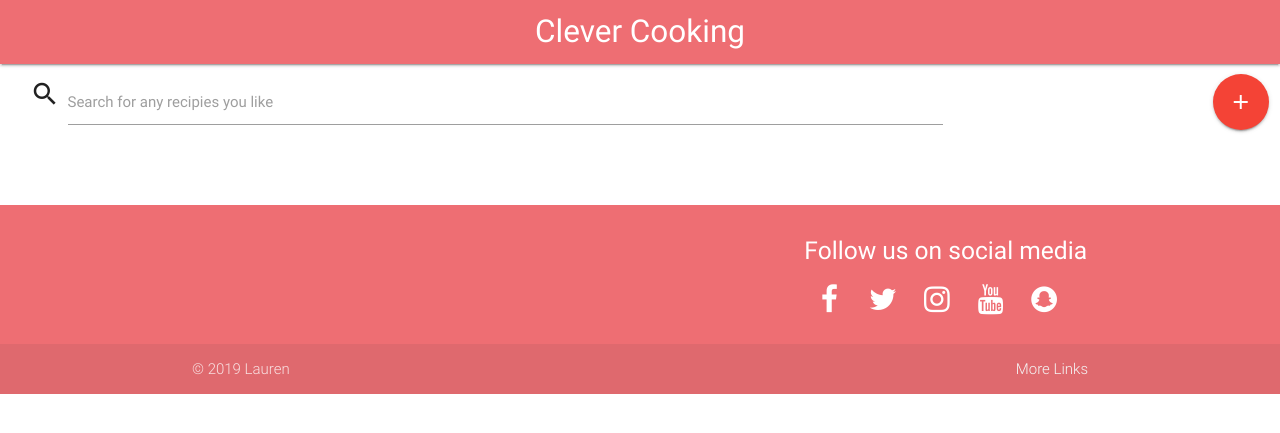
Repository: Code-Institute-Submissions/online-recipe-cookbook
Page: http://localhost/
The author's editor kept a record of every edit. The page is drawn from the files as they stood at one moment, then again after the next edit.
The browser window is 1280 px wide. The pictures show the whole page.
Some web libraries are served in a nearby version. The page is served by the project's application, run on Flask 3 (app.py). Queries for data that is not in the repository find no rows.

Above is the page before.

### templates/home.html
{% extends 'base.html' %}
{% block content %}
<!DOCTYPE html>
<html>
    <head>

    </head>
    <body>
        <div class="row">

            <div class="col s12">
              <div class="row">
                <div class="input-field col s9">
                  <i class="center-align material-icons prefix">search</i>
                  <input method="POST" action="{{url_for('get_recipe_names')}}" type="text" id="autocomplete-input" class="autocomplete">
                  <label for="autocomplete-input">Search for any recipies you like</label>
                </div>
                <a href="{{url_for('add_recipe')}}" class="btn-floating right-align btn-large waves-effect waves-light red" style="float: right; margin-top: 10px"><i class="material-icons">add</i></a>
              </div>
            </div>
         </div>
        <div class="row">
         {% for recipe in recipes %}

             <div class="card col s12 m6 l4 medium">
                <div class="card-image waves-effect waves-block waves-light">
                  <img class="activator" src={{ recipe.image_link}}>
                </div>
                <div class="card-content">
                  <span class="card-title activator grey-text text-darken-4">{{ recipe.recipe_name }}<i class="material-icons right">more_vert</i></span>
                  <p><a href="{{url_for('show_recipe', recipe_id=recipe._id)}}">View full recipe</a></p>
                  <span><i class="material-icons left">favorite</i> <p>{{recipe.likes}}</p></span>
                </div>
                <div class="card-reveal">
                  <span class="card-title grey-text text-darken-4">{{ recipe.recipe_name }}<i class="material-icons right">close</i></span>
                  <p>{{recipe.ingredients}}</p>
                  <span><a href="{{ url_for('edit_recipe', recipe_id=recipe._id)}}"><i class="material-icons right">edit</i></a></span>
                </div>
         </div>

         {% endfor %}

                 </div>
    </body>
</html>
{% endblock %}

### templates/base.html
<!DOCTYPE html>
<html>

<head>
    <link href="https://fonts.googleapis.com/icon?family=Material+Icons" rel="stylesheet">
    <link rel="stylesheet" href="https://cdnjs.cloudflare.com/ajax/libs/materialize/0.100.2/css/materialize.min.css">
    <link rel="stylesheet" href="{{url_for('static', filename='css/style.css')}}" type="text/css"/>
    <link rel="stylesheet" href="https://cdnjs.cloudflare.com/ajax/libs/font-awesome/4.7.0/css/font-awesome.min.css">
</head>

<body>
    <header>
      <nav>
        <div class="nav-wrapper">
          <a href="{{url_for('get_top_recipes')}}" class="brand-logo center">Clever Cooking</a>
        </div>
      </nav>
    </header>
    {% block content %}

    {% endblock %}

    <script src="https://cdnjs.cloudflare.com/ajax/libs/jquery/3.2.1/jquery.min.js"></script>
    <script src="https://cdnjs.cloudflare.com/ajax/libs/materialize/0.100.2/js/materialize.min.js"></script>
    <script type="text/javascript">
    $(document).ready(function(){
    $('.modal').modal();

    function sendItem(val) {
        console.log(val);
    }
    $(function () {
            $('input.autocomplete').autocomplete({
                data: {

                    "Apple": null,
                    "Microsoft": null,
                    "Google": 'http://placehold.it/250x250'
                },
                onAutocomplete: function(txt) {
                  sendItem(txt);
                },
                limit: 20, // The max amount of results that can be shown at once. Default: Infinity.
            });

    });

  });
    </script>

</body>
<footer class="page-footer">
          <div class="container">
            <div class="row">
              <div class="col l6 s12">
                </div>
              <div class="col l4 offset-l2 s12">
                <h5 class="white-text">Follow us on social media</h5>

                  <a href="#"><i class="fa fa-facebook fa-2x"></i></a>
          				<a href="#" ><i class="fa fa-twitter fa-2x"></i></a>
          				<a href="#" ><i class="fa fa-instagram fa-2x"></i></a>
          				<a href="#" ><i class="fa fa-youtube fa-2x"></i></a>
          				<a href="#"> <i class="fa fa-snapchat fa-2x"></i> </a>


              </div>
            </div>
          </div>
          <div class="footer-copyright">
            <div class="container">
            © 2019 Lauren
            <a class="grey-text text-lighten-4 right" href="#!">More Links</a>
            </div>
          </div>
        </footer>
</html>

### app.py
import os
from flask import Flask, render_template, redirect, request, url_for
from flask_pymongo import PyMongo
from bson.objectid import ObjectId

app = Flask(__name__)
app.config["MONGO_DBNAME"] = 'cookbookDb'
#app.config["MONGO_URI"] = os.getenv('MONGO_URI', 'mongodb://localhost')
app.config["MONGO_URI"]="mongodb+srv://root-user96:r00tUser96@myfirstcluster-ehz2d.mongodb.net/cookbookDb?retryWrites=true&w=majority"


mongo = PyMongo(app)

@app.route('/')
@app.route('/get_top_recipes')
def get_top_recipes():
    return render_template("home.html", recipes=mongo.db.recipes.find())

@app.route('/edit_recipe/<recipe_id>')
def edit_recipe(recipe_id):
    the_recipe = mongo.db.recipes.find_one({"_id": ObjectId(recipe_id)})
    return render_template('edit_recipe.html', recipe=the_recipe)

@app.route('/show_recipe/<recipe_id>')
def show_recipe(recipe_id):
    the_recipe = mongo.db.recipes.find_one({"_id": ObjectId(recipe_id)})
    recipe_comments = mongo.db.comments.find({"_recipe_id": ObjectId(recipe_id)})
    return render_template('show_recipe.html', recipe=the_recipe, comments=recipe_comments)

@app.route('/delete_recipe/<recipe_id>')
def delete_recipe(recipe_id):
    mongo.db.recipes.remove({'_id': ObjectId(recipe_id)})
    return redirect(url_for('get_top_recipes'))

@app.route('/add_like_to_recipe/<recipe_id>', methods=['GET'])
def add_like_to_recipe(recipe_id):
    recipes = mongo.db.recipes

    recipes.update(
        {'_id': ObjectId(recipe_id)},
        { '$inc': { 'likes': +1} }
    )

    return redirect(url_for('show_recipe', recipe_id=recipe_id))

@app.route('/add_comment_to_recipe/<recipe_id>', methods=['POST'])
def add_comment_to_recipe(recipe_id):
    recipes = mongo.db.recipes
    comments = mongo.db.comments

    commentdict = { "username": request.form.get('username'), "comment": request.form.get('comment'), "_recipe_id":ObjectId(recipe_id) }
    comments.insert_one(commentdict)

    return redirect(url_for('show_recipe', recipe_id=recipe_id))

@app.route('/update_recipe/<recipe_id>', methods=['POST'])
def update_recipe(recipe_id):
    recipes = mongo.db.recipes
    recipes.update({'_id': ObjectId(recipe_id)},
    {
        'recipe_name':request.form.get('recipe_name'),
        'prep_time':request.form.get('prep_time'),
        'cook_time':request.form.get('cook_time'),
        'ingredients':request.form.get('ingredients'),
        #'cuisine':request.form.get('cuisine'),
        'method_steps':request.form.get('method_steps'),
        'tools_used':request.form.get('tools_used'),
        'image_link':request.form.get('image_link')
    })
    return redirect(url_for('get_top_recipes'))

@app.route('/insert_recipe', methods=['POST'])
def insert_recipe():
    recipes = mongo.db.recipes
    recipes.insert_one(request.form.to_dict())
    return redirect(url_for('get_top_recipes'))

@app.route('/add_recipe')
def add_recipe():
    return render_template("add_recipe.html")

@app.route('/get_recipe_names')
def get_recipe_names():
    return render_template("index.html", names=mongo.db.recipe_names.find())

if __name__ == '__main__':
    app.run(host=os.environ.get('IP'),
            port=int(os.environ.get('PORT')),
            debug=True)

### static/css/style.css
.fa {
  color: white;
  padding: 10px;
  font-size: 30px;
  width: 50px;
  text-align: center;
  text-decoration: none;
}

After the next edit:
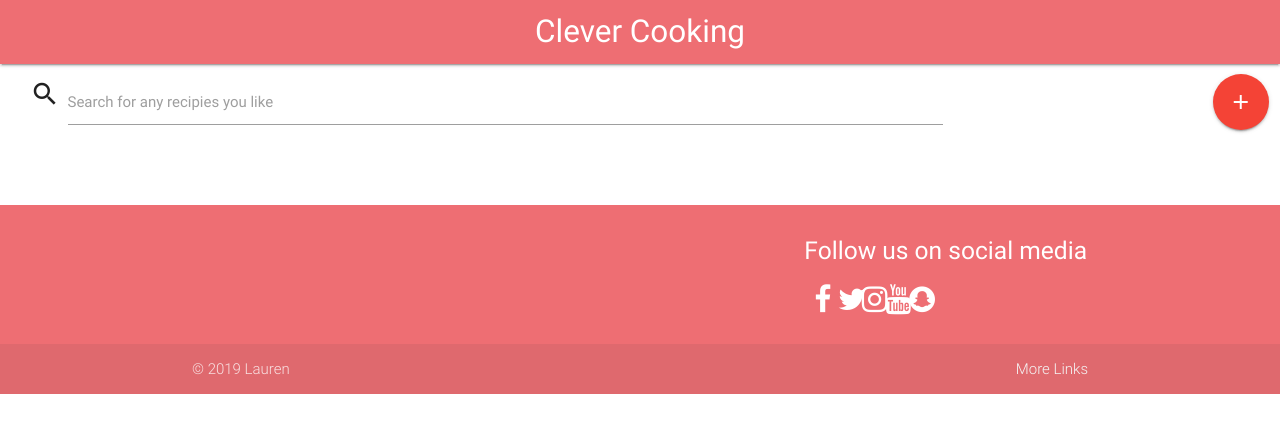
The edit:
--- a/static/css/style.css
+++ b/static/css/style.css
@@ -2,7 +2,7 @@
   color: white;
   padding: 10px;
   font-size: 30px;
-  width: 50px;
+  width: 10px;
   text-align: center;
   text-decoration: none;
 }
